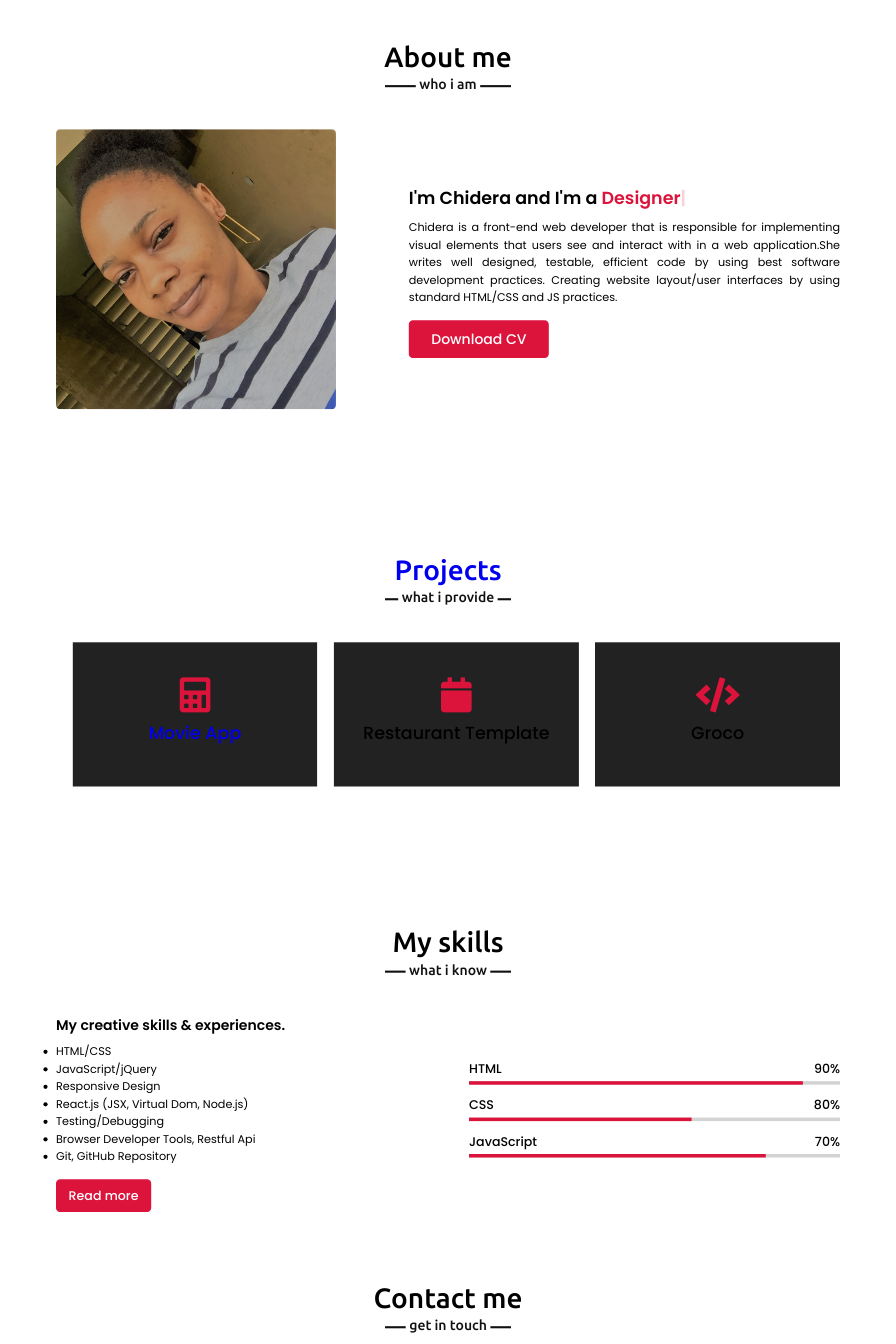
Repository: DeraBola/Portfolio
Page: index.html
The author's editor kept a copy of each file at every save. The page is drawn from the files as they stood at one save, then again after the next save.
The browser window is 1280 px wide. The pictures show the part of the page from y = 762 to 2682 px (the page is 3279 px tall), at 70% of full size.
Backgrounds fixed to the window are drawn as part of the page.

Above is the page before, as saved 2023-01-05 13:55:55.
Console error: ReferenceError: $ is not defined

### index.html
<!DOCTYPE html>
<html lang="en">

<head>
    <meta charset="UTF-8">
    <meta name="viewport" content="width=device-width, initial-scale=1.0">
    <title>Personal Portfolio Website</title>
    <link rel="stylesheet" type="text/css" href="Portfolio.css">
    <script src="Portfolio.js"></script>
    <link rel="stylesheet" href="https://cdnjs.cloudflare.com/ajax/libs/font-awesome/5.15.3/css/all.min.css" />
    <script src="https://code.jquery.com/jquery-3.5.1.min.js"></script>
    <script src="https://cdnjs.cloudflare.com/ajax/libs/typed.js/2.0.11/typed.min.js"></script>
    <script src="https://cdnjs.cloudflare.com/ajax/libs/waypoints/4.0.1/jquery.waypoints.min.js"></script>
    <script src="https://cdnjs.cloudflare.com/ajax/libs/OwlCarousel2/2.3.4/owl.carousel.min.js"></script>
    <link rel="stylesheet" href="https://cdnjs.cloudflare.com/ajax/libs/OwlCarousel2/2.3.4/assets/owl.carousel.min.css" />
</head>

<body>
    <div class="scroll-up-btn">
        <i class="fas fa-angle-up"></i>
    </div>
    <nav class="navbar">
        <div class="max-width">
            <div class="logo"><a href="#">Portfo<span>lio.</span></a></div>
            <ul class="menu">
                <li><a href="#home" class="menu-btn">Home</a></li>
                <li><a href="#about" class="menu-btn">About</a></li>
                <li><a href="#services" class="menu-btn">Services</a></li>
                <li><a href="#skills" class="menu-btn">Skills</a></li>
                <li><a href="#contact" class="menu-btn">Contact</a></li>
            </ul>
            <div class="menu-btn">
                <i class="fas fa-bars"></i>
            </div>
        </div>
    </nav>

    <!-- home section start -->
    <section class="home" id="home">
        <div class="max-width">
            <div class="home-content">
                <div class="text-1">Hello, my name is</div>
                <div class="text-2">Adu-Barnabas Chidera Bola</div>
                <div class="text-3">And I'm a <span class="typing"></span></div>
                <a href="https://drive.google.com/file/d/1_B8UsfiJBEhXLdAxsrp3EIpiCr9W2kGT/view?usp=sharing">Hire me</a>
            </div>
        </div>
    </section>

    <!-- about section start -->
    <section class="about" id="about">
        <div class="max-width">
            <h2 class="title">About me</h2>
            <div class="about-content">
                <div class="column left">
                    <img src="images/CHI.JPG" alt="">
                </div>
                <div class="column right">
                    <div class="text">I'm Chidera and I'm a <span class="typing-2"></span></div>
                    <p>Chidera is a front-end web developer that is responsible for implementing visual elements that users see and interact with in a web application.She writes well designed, testable, efficient code by using best software development practices.
                        Creating website layout/user interfaces by using standard HTML/CSS and JS practices.</p>
                    <a href="/ChideraAdu.pdf">Download CV</embed>
                </div>
            </div>
        </div>
    </section>

    <!-- services section start -->
    <section class="services" id="services">
        <div class="max-width">
            <h2 class="title">Projects</h2>
            <div class="serv-content">

                <div class="card">
                    <div class="box">
                        <i class="fa fa-calculator" aria-hidden="true"></i>
                        <div class="text">Movie App<a href="https://calcjquery.netlify.app/"><span class="link"></span></a></div>
            </div>
        </div>

        <div class="card">
            <div class="box">
                <i class="fa fa-calendar" aria-hidden="true"></i>
                <div class="text">Restaurant Template
                    <a href="https://calendar-coursera-dera.netlify.app/">
                        <span class="link-2"></span></a>
                </div>
            </div>
        </div>

        <div class="card">
            <div class="box">
                <i class="fas fa-code"></i>
                <div class="text">Groco <a href="https://hmw-coursera-js.netlify.app/"><span class="link-3"></span></a>
                </div>
            </div>
        </div>
        </div>
        </div>
    </section>

    <!-- skills section start -->
    <section class="skills" id="skills">
        <div class="max-width">
            <h2 class="title">My skills</h2>
            <div class="skills-content">
                <div class="column left">
                    <div class="text">My creative skills & experiences.</div>
                    <ul>
                        <li>HTML/CSS</li>
                        <li>JavaScript/jQuery</li>
                        <li> Responsive Design</li>
                        <li>React.js (JSX, Virtual Dom, Node.js)</li>
                        <li>Testing/Debugging</li>
                        <li> Browser Developer Tools, Restful Api</li>
                        <li>Git, GitHub Repository</li>
                    </ul>
                    <a href="#">Read more</a>
                </div>
                <div class="column right">
                    <div class="bars">
                        <div class="info">
                            <span>HTML</span>
                            <span>90%</span>
                        </div>
                        <div class="line html"></div>
                    </div>
                    <div class="bars">
                        <div class="info">
                            <span>CSS</span>
                            <span>80%</span>
                        </div>
                        <div class="line css"></div>
                    </div>
                    <div class="bars">
                        <div class="info">
                            <span>JavaScript</span>
                            <span>70%</span>
                        </div>
                        <div class="line js"></div>
                    </div>

                </div>
            </div>
        </div>
        </div>
        </sectio>

        <!--contact section start-->
        <section class="contact" id="contact">
            <div class="max-width">
                <h2 class="title">Contact me</h2>
                <div class="contact-content">
                    <div class="column left">
                        <div class="text">Get in Touch</div>
                        <p>08124969118, <br>09030951597</p>
                        <div class="icons">
                            <div class="row">
                                <i class="fas fa-user"></i>
                                <div class="info">
                                    <div class="head">Name</div>
                                    <div class="sub-title">Adu-Barnabas Chidera Bola</div>
                                </div>
                            </div>
                            <div class="row">
                                <i class="fas fa-map-marker-alt"></i>
                                <div class="info">
                                    <div class="head">Address</div>
                                    <div class="sub-title">Lagos, Nigeria</div>
                                </div>
                            </div>
                            <div class="row">
                                <i class="fas fa-envelope"></i>
                                <div class="info">
                                    <div class="head">Email</div>
                                    <div class="sub-title">adu.deraj@gmail.com</div>
                                </div>
                            </div>
                        </div>
                    </div>
                    <div class="column right">
                        <div class="text">Message me</div>
                        <form action="#">
                            <div class="fields">
                                <div class="field name">
                                    <input type="text" placeholder="Name" required>
                                </div>
                                <div class="field email">
                                    <input type="email" placeholder="Email" required>
                                </div>
                            </div>
                            <div class="field">
                                <input type="text" placeholder="Subject" required>
                            </div>
                            <div class="field textarea">
                                <textarea cols="30" rows="10" placeholder="Message.." required></textarea>
                            </div>
                            <div class="button-area">
                                <button type="submit">Send message</button>
                            </div>
                        </form>
                    </div>
                </div>
            </div>
        </section>

        <!-- footer section start -->
        <footer>
            <span>Created By <a href="#">DeraBola</a> <span class="far fa-copyright"></span> 2020 All rights reserved.</span>
        </footer>

        <script src="Portfolio.js"></script>
</body>

</html>

Loaded but not shown: Portfolio.js (67 lines, source omitted); Portfolio.css (700 lines, source omitted)

After the next save:
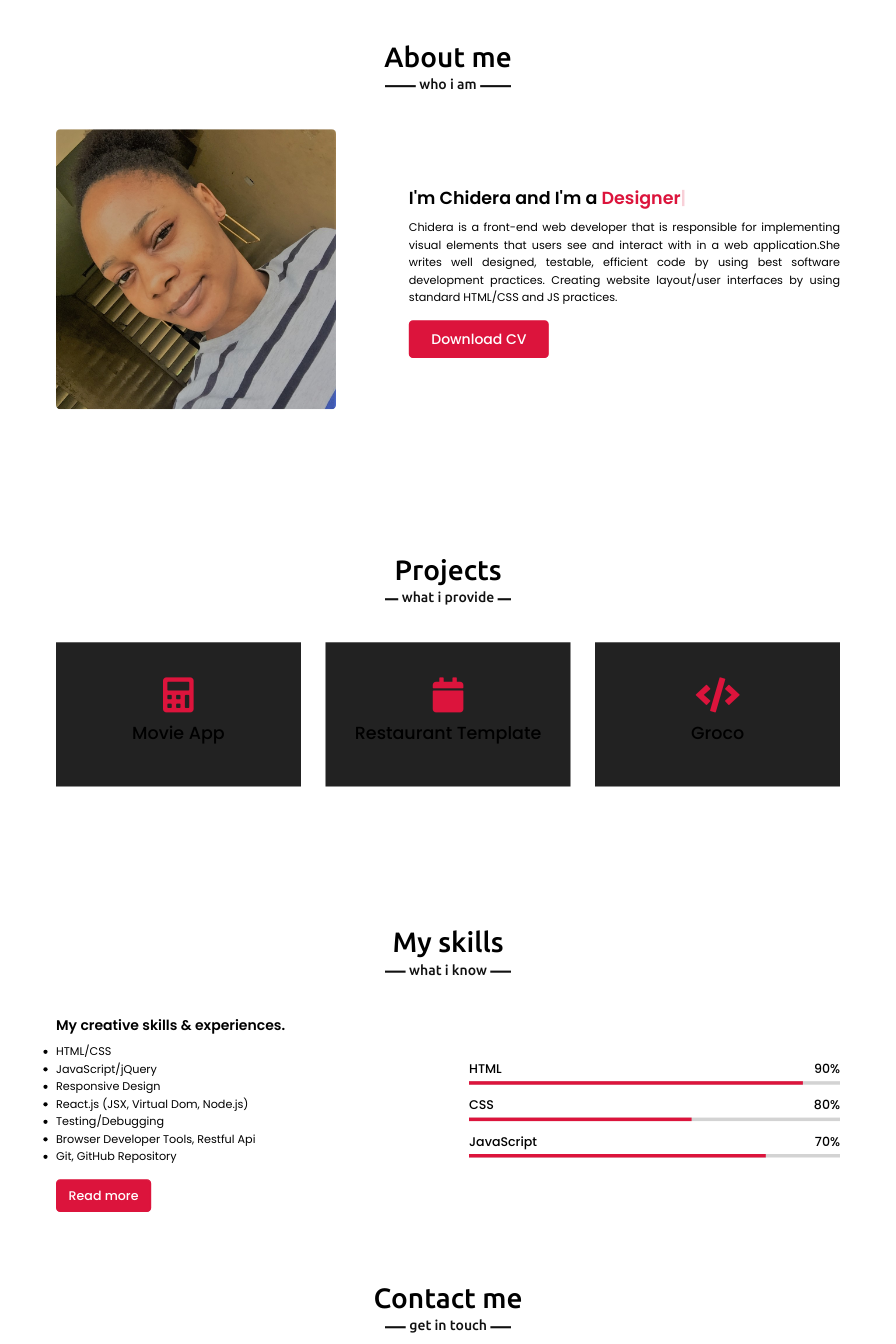
Saved 4 s later.
--- a/index.html
+++ b/index.html
@@ -59,7 +59,7 @@
                     <div class="text">I'm Chidera and I'm a <span class="typing-2"></span></div>
                     <p>Chidera is a front-end web developer that is responsible for implementing visual elements that users see and interact with in a web application.She writes well designed, testable, efficient code by using best software development practices.
                         Creating website layout/user interfaces by using standard HTML/CSS and JS practices.</p>
-                    <a href="/ChideraAdu.pdf">Download CV</embed>
+                    <a href="/ChideraAdu.pdf">Download CV</a>
                 </div>
             </div>
         </div>
@@ -75,27 +75,27 @@
                     <div class="box">
                         <i class="fa fa-calculator" aria-hidden="true"></i>
                         <div class="text">Movie App<a href="https://calcjquery.netlify.app/"><span class="link"></span></a></div>
-            </div>
-        </div>
-
-        <div class="card">
-            <div class="box">
-                <i class="fa fa-calendar" aria-hidden="true"></i>
-                <div class="text">Restaurant Template
-                    <a href="https://calendar-coursera-dera.netlify.app/">
-                        <span class="link-2"></span></a>
-                </div>
-            </div>
-        </div>
-
-        <div class="card">
-            <div class="box">
-                <i class="fas fa-code"></i>
-                <div class="text">Groco <a href="https://hmw-coursera-js.netlify.app/"><span class="link-3"></span></a>
-                </div>
-            </div>
-        </div>
-        </div>
+                    </div>
+                </div>
+
+                <div class="card">
+                    <div class="box">
+                        <i class="fa fa-calendar" aria-hidden="true"></i>
+                        <div class="text">Restaurant Template
+                            <a href="https://calendar-coursera-dera.netlify.app/">
+                                <span class="link-2"></span></a>
+                        </div>
+                    </div>
+                </div>
+
+                <div class="card">
+                    <div class="box">
+                        <i class="fas fa-code"></i>
+                        <div class="text">Groco <a href="https://hmw-coursera-js.netlify.app/"><span class="link-3"></span></a>
+                        </div>
+                    </div>
+                </div>
+            </div>
         </div>
     </section>
 
